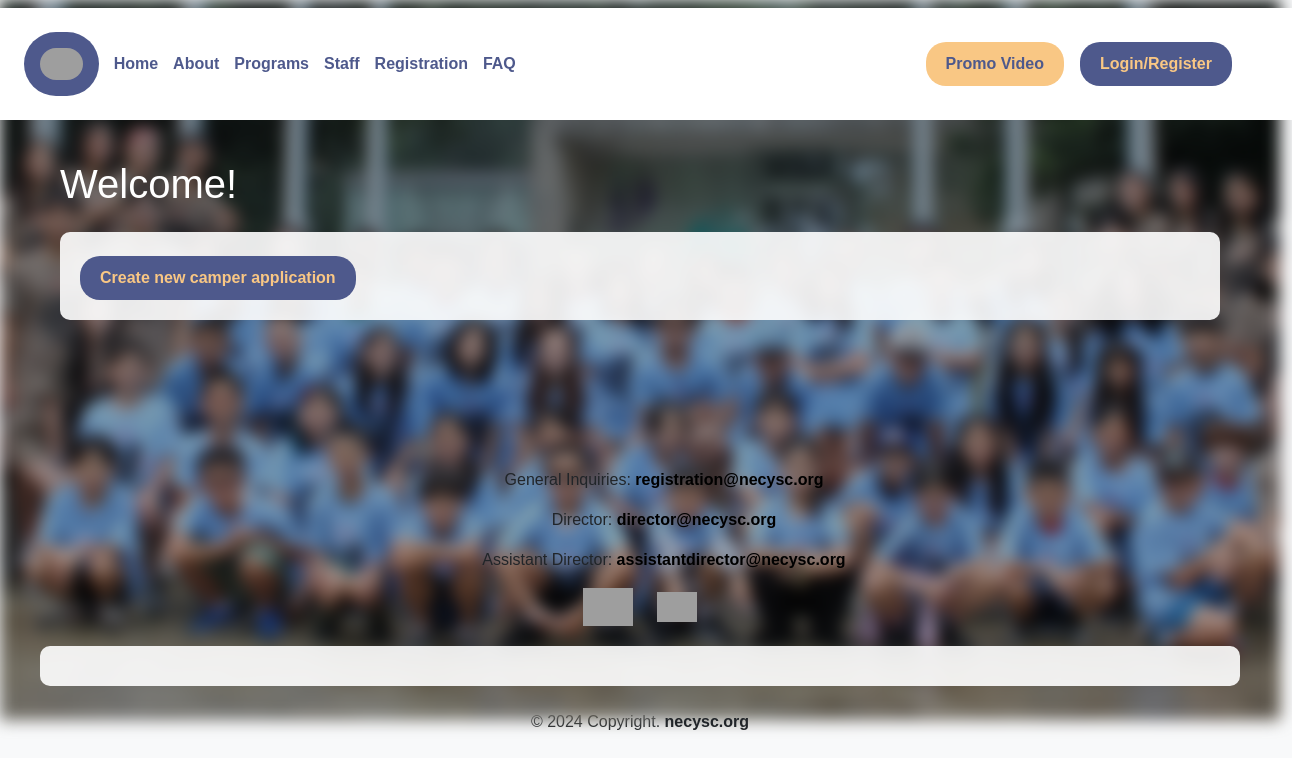
Repository: fullstackatbrown/project-necysc
Page: necysc_app/templates/necysc_app/applicant/index.html
The author's editor kept a copy of each file at every save. The page is drawn from the files as they stood at one save, then again after a run of saves.
The browser window is 1280 px wide. The page is 1292 px wide, so the pictures cover 1292 px, including what lies to the right of the window. The pictures show the whole page.
Pictures or frames that could not be fetched are drawn as grey boxes. Some web fonts or font styles are not loaded; a fallback is used. The template is drawn by Django 5.2. The application's start-up code is not run. Other server files are loaded and not shown. The template is opened directly, without the code that normally fills it, so the values that code supplies are empty.

Above is the page before, as saved 2024-12-04 01:41:05.

### necysc_app/templates/necysc_app/applicant/index.html
{% extends "necysc_app/base.html" %}
{% load static %}
{% block title %} Applicant Portal {% endblock %}
{% block content %}
<link rel="stylesheet" href="{% static 'necysc_app/applicant_home.css' %}">

<style>
    body {
        background-color: #f8f9fa;
        margin: 0;
        padding: 0;
        height: 100%;
        width: 100%;
        overflow: hidden;
    }

    .background {
        position: fixed;
        top: 0;
        left: 0;
        width: 100%;
        height: 100%;
        z-index: -1;
        background-image: url("{% static 'necysc_app/images/necyscbannerimage.jpg' %}");
        background-size: cover;
        background-position: center;
        filter: blur(8px);
    }

    .container {
        position: relative;
        z-index: 1;
        background-color: rgba(255, 255, 255, 0.9);
        padding: 20px;
        border-radius: 10px;
        max-width: 1200px;
        margin: auto;
        margin-top: 20px;
    }

    h1, p, a, button {
        position: relative;
        z-index: 2;
    }

    .glow {
        transition: box-shadow 0.3s ease-in-out;
    }

    .glow:hover {
        box-shadow: 0 0 20px 2px rgba(0, 0, 0, 0.15);
    }
    </style>
    <div class="background"></div>

    <h1 class="welcome-title">Welcome!</h1>
{% if applications %}
    <div class="container mb-4">
        {% for application in applications %}
        <div class="card col-4 glow">
            <a href="{% url 'necysc_app:application_detail' application.id %}" class="application-card-link">
                <div class="card-body">
                    <h5 class="card-title"><span>{{ application.applicant_fname }}
                        {{ application.applicant_lname }}</span>
                        {% if application.app_status == 'A' %}
                        <span class="badge bg-success float-end">Accepted </span>
                        {% elif application.app_status == 'P' %}
                        <span class="badge bg-secondary float-end">Pending</span>
                        {% else %}
                        <span class="badge bg-danger float-end">Rejected</span>
                        {% endif %}

                    </h5>
                    <!-- horizontal line-->
                    <hr>
                    <p class="card-text fw-light">Year: {{application.app_year}}</p>
                    <p class="card-text m-0 fw-light">Health Status: {{application.health_record_status}}</p>
                </div>

            </a>
        </div>
        {% endfor %}
    </div>
{% endif %}

<div class="container mt-4 pt-4">
<a class="btn-purple"
        href="{% url 'necysc_app:new_application' %}">Create new camper application</a>
</div>

<style>
.glow {
    transition: box-shadow 0.3s ease-in-out;
    }

.glow:hover {
box-shadow: 0 0 20px 2px rgba(0, 0, 0, 0.15); /* Adjust the glow effect */
}
</style>
{% endblock %}

### necysc_app/templates/necysc_app/base.html
<!DOCTYPE html>
<html lang="en">
	<!-- Header -->
	{% load static %} {% include 'necysc_app/header.html' %}

	<head>
		<!-- Required meta tags -->
		<meta charset="utf-8" />
		<meta name="viewport" content="width=device-width, initial-scale=1" />

		<!--Bootstrap CSS-->
		<link
			href="https://cdn.jsdelivr.net/npm/bootstrap@5.0.2/dist/css/bootstrap.min.css"
			rel="stylesheet"
			integrity="sha384-EVSTQN3/azprG1Anm3QDgpJLIm9Nao0Yz1ztcQTwFspd3yD65VohhpuuCOmLASjC"
			crossorigin="anonymous"
		/>

		<title>{% block title %} {% endblock %}</title>
		<link rel="preconnect" href="https://fonts.googleapis.com" />
		<link rel="preconnect" href="https://fonts.gstatic.com" crossorigin />
		<link
			href="https://fonts.googleapis.com/css2?family=Roboto+Mono:ital,wght@0,100..700;1,100..700&display=swap"
			rel="stylesheet"
		/>

		<!--global Hind font-->
		<link
			href="https://fonts.googleapis.com/css2?family=Hind:wght@400;500;600&display=swap"
			rel="stylesheet"
		/>
		<style>
			body {
				font-family: "Hind", sans-serif;
			}
		</style>

	</head>

	<body>
		<!-- Navbar -->
		{% include 'necysc_app/navbar.html' %}

		<!-- Content -->
		<div class="container">{% block content %} {% endblock %}</div>

		<!-- Footer -->
		{% include 'necysc_app/footer.html' %}

		<!--Bootstrap JavaScript Plugins-->
		<script
			src="https://cdn.jsdelivr.net/npm/bootstrap@5.0.2/dist/js/bootstrap.bundle.min.js"
			integrity="sha384-MrcW6ZMFYlzcLA8Nl+NtUVF0sA7MsXsP1UyJoMp4YLEuNSfAP+JcXn/tWtIaxVXM"
			crossorigin="anonymous"
		></script>
	</body>
</html>

### necysc_app/templates/necysc_app/header.html
<!-- Header -->
<head>
    <meta charset="UTF-8" />
    <!-- Bootstrap Imports -->
    <link
      href="https://cdn.jsdelivr.net/npm/bootstrap@5.0.2/dist/css/bootstrap.min.css"
      rel="stylesheet"
      integrity="sha384-EVSTQN3/azprG1Anm3QDgpJLIm9Nao0Yz1ztcQTwFspd3yD65VohhpuuCOmLASjC"
      crossorigin="anonymous"
    />
    <link
      href="https://cdn.jsdelivr.net/npm/bootstrap-icons@1.8.1/font/bootstrap-icons.css"
      rel="stylesheet"
    />
    <script
    src="https://cdn.jsdelivr.net/npm/bootstrap@5.0.2/dist/js/bootstrap.bundle.min.js"
    integrity="sha384-MrcW6ZMFYlzcLA8Nl+NtUVF0sA7MsXsP1UyJoMp4YLEuNSfAP+JcXn/tWtIaxVXM"
    crossorigin="anonymous"
    ></script>
    <meta name="viewport" content="width=device-width, initial-scale=1" />
    {% load static %}
    <link href="{% static 'necysc_app/style.css' %}" rel="stylesheet" />
    <link rel="icon" href="{%  static 'necysc_app/images/favicon.ico' %}">
</head>

### necysc_app/templates/necysc_app/navbar.html
<!DOCTYPE html>
<html>
<head>
    <title>Your Page Title</title>
    <style>
        a {
            font-weight: bold;
            text-decoration: none;
        }

        .dropdown {
            position: relative;
            display: inline-block;
        }

        .dropdown-content {
            display: none;
            position: absolute;
            background-color: #f9f9f9;
            min-width: 160px;
            box-shadow: 0px 8px 16px 0px rgba(0, 0, 0, 0.2);
            z-index: 10;
            top: 100%;
        }

        .dropdown-content a {
            color: #4e598c;
            padding: 12px 16px;
            text-decoration: none;
            display: block;
            transition: color 0.3s ease, background-color 0.3s ease;
        }

        .dropdown-content a:hover {
            background-color: #4e598c;
            color: #F9C784;
        }

        .dropdown:hover .dropdown-content {
            display: block;
        }

        .navbar-link {
            color: #4e598c;
            transition: color 0.3s ease;
        }

        .navbar-link:hover {
            color: #F9C784;
            background: #4e598c;
            transition: color 0.3s ease;
            padding: 10px 20px;
            border-radius: 9px;
        }

        .active {
            color: #F9C784;
            background: #4e598c;
            padding: 10px 20px;
            text-decoration: none;
            border-radius: 9px;
        }


        .btn-login {
            background-color: #4e598c;
            color: #F9C784;
            transition: all 0.3s ease;
            padding: 10px 20px;
            border-radius: 20px;
            display: inline-block;
            text-align: center;
        }

        .btn-login:hover {
            background-color: #F9C784;
            color: #FFFFFF;
        }

        .btn-padding {
            padding: 10px 20px;
            border-radius: 20px;
            display: inline-block;
            text-align: center;
            background: #F9C784;
            color: #4e598c;
            transition: all 0.3s ease;
        }

        .btn-padding:hover {
            background-color: #4e598c;
            color: #ffffff;
        }


        .col-auto {
            display: flex;
            align-items: center;
        }

        img {
            height: 4rem;
            max-width: 100%;
        }

        #logobutton {
            background-color: #4e598c;
            transition: all 0.3s ease;
        }

        #logobutton:hover {
            background-color: #F9C784;
            color: #FFFFFF;
        }
    </style>
</head>
<body>

<!-- navbar sticky -->
{% load static %}
<div class="row mt-2 pt-4 pb-4 mb-3 d-flex ps-4 pe-5 align-items-center gap-3 sticky-top bg-bi-white bg-white row">

    <input type="checkbox" id="menu-toggle" class="menu-toggle">
    <label for="menu-toggle" class="hamburger">
        &#9776;
    </label>

    <div class="nav-links">

        <div class="col-auto">
            <a href="{% url 'necysc_app:index' %}" id="logo-link">
                <img src="https://www.necysc.org/v2/images/logo2.png" alt="Your Image Description" id="logobutton" class="rounded-pill p-3"/>
            </a>
        </div>

        <div class="dropdown col-auto">
            {% if request.user.is_authenticated %}
            <a href="{% url 'necysc_app:home' %}" class="navbar-link {% if request.path == '/' %}active{% endif %}">Applicant Home</a>
            {% else %}
            <a href="{% url 'necysc_app:index' %}" class="navbar-link {% if request.path == '/' %}active{% endif %}">Home</a>
            {% endif %}
        </div>

        {% if not request.user.is_authenticated %}
        <div class="dropdown col-auto">
            <a href="{% url 'necysc_app:about' %}" class="navbar-link {% if request.path == '/about/' %}active{% endif %}">About</a>
            <div class="dropdown-content">
                <a href="{% url 'necysc_app:about' %}#sponsors">Sponsors</a>
                <a href="{% url 'necysc_app:about' %}#contact">Contact Us</a>
            </div>
        </div>

        <div class="dropdown col-auto">
            <a href="{% url 'necysc_app:programs' %}" class="navbar-link {% if request.path == '/programs/' %}active{% endif %}">Programs</a>
            <div class="dropdown-content">
                <a href="{% url 'necysc_app:programs' %}#day">Day Camp</a>
                <a href="{% url 'necysc_app:programs' %}#on">Overnight Camp</a>
                <a href="{% url 'necysc_app:programs' %}#ea">ExplorAsian</a>
            </div>
        </div>

        <div class="dropdown col-auto">
            <a href="{% url 'necysc_app:staff' %}" class="navbar-link {% if request.path == '/staff/' %}active{% endif %}">Staff</a>
            <div class="dropdown-content">
                <a href="{% url 'necysc_app:staff' %}#cit">CIT</a>
                <a href="{% url 'necysc_app:staff' %}#counselor">Counselor</a>
                <a href="{% url 'necysc_app:staff' %}#ra">RA</a>
                <a href="{% url 'necysc_app:staff' %}#ops">OPs</a>
                <a href="{% url 'necysc_app:staff' %}#committee">Committee</a>
            </div>
        </div>

        <div class="dropdown col-auto">
            <a href="{% url 'necysc_app:registration' %}" class="navbar-link {% if request.path == '/registration/' %}active{% endif %}">Registration</a>
            <div class="dropdown-content">
                <a href="{% url 'necysc_app:registration' %}#importantdates">2025 Important Dates</a>
                <a href="{% url 'necysc_app:registration' %}#financialaid">Financial Aid</a>
            </div>
        </div>

        <div class="dropdown col-auto">
            <a href="{% url 'necysc_app:faq' %}" class="navbar-link {% if request.path == '/faq/' %}active{% endif %}">FAQ</a>
            <div class="dropdown-content">
                <a href="{% url 'necysc_app:faq' %}#faqregistration">Registration</a>
                <a href="{% url 'necysc_app:faq' %}#faqleavingcamp">Leaves and Visits</a>
                <a href="{% url 'necysc_app:faq' %}#faqhealth">Health and Safety</a>
                <a href="{% url 'necysc_app:faq' %}#camp">Camp Activities</a>
            </div>
        </div>
        {% endif %}

        <div class="col-auto ms-auto">
            <a href="https://youtu.be/PPZ1zu8fGl0?si=h436QWcB9vHQeV_G" target="_blank" class="btn-padding me-3">Promo Video</a>
            {% if request.user.is_authenticated %}
            <a href="{% url 'necysc_app:logout' %}" class="btn-login">Logout</a>
            {% else %}
            <a href="{% url 'necysc_app:login' %}" class="btn-login">Login/Register</a>
            {% endif %}
        </div>
    </div>
</div>

</body>
</html>

### necysc_app/templates/necysc_app/footer.html
<!-- Footer -->
<footer class="pt-4" id="contact">
  <div class="ms-5 me-5 mb-5 bg-dark" style="height: 2px;"></div>

  <h2 class="ps-5 mb-3 mt-5 text-center" style="color: #4e598c;">Connect With Us!</h2>
  <p class="ps-5 text-center"> General Inquiries:
    <a href="mailto:registration@necysc.org" style="color: black">registration@necysc.org</a>
  </p>
  <p class="ps-5 text-center"> Director:
    <a href="mailto:registration@necysc.org" style="color: black">director@necysc.org</a>
  </p>
  <p class="ps-5 text-center"> Assistant Director:
    <a href="mailto:registration@necysc.org" style="color: black">assistantdirector@necysc.org</a>
  </p>

  <div class="row text-center align-items-center justify-content-center">
    <div class="col-auto">
        <a href="https://www.instagram.com/NECYSC/" style="display: inline-block;" target="_blank">
            <img src="https://cdn.freebiesupply.com/images/large/2x/instagram-icon-white-on-black.png" alt="Instagram Logo" style="width: 50px; height: auto;">
        </a>
    </div>
    <div class="col-auto">
      <a href="https://www.facebook.com/NECYSC" style="display: inline-block;" target="_blank">
          <img src="https://www.freepnglogos.com/uploads/logo-facebook-png/logo-facebook-facebook-logo-png-transparent-svg-vector-bie-supply-18.png" alt="Facebook Logo" style="width: 40px; height: auto;">
      </a>
    </div>
  </div>


  <!-- Copyright -->
  <div class="container"></div>
  <div class="text-center p-4">
    © 2024 Copyright.
    <a class="text-reset" href="https://necysc.org/">necysc.org</a>
  </div>

</footer>
<!-- Footer -->

### necysc_app/static/necysc_app/style.css
.hero-section {
  position: relative;
  background-size: cover;
  background-position: center;
  background-repeat: no-repeat;
  color: white;
  height: 60vh;
  display: flex;
  align-items: center;
  justify-content: center;
  overflow: hidden;
}

.hero-section .overlay {
  position: absolute;
  top: 0;
  left: 0;
  width: 100%;
  height: 100%;
  background-color: rgba(0, 0, 0, 0.5);
  z-index: 1;
}

.hero-section .position-relative {
  z-index: 2;
}

.btn-purple {
  background-color: #4e598c;
  color: #f9c784;
  transition: all 0.3s ease;
  padding: 10px 20px;
  border-radius: 20px;
  display: inline-block;
  text-align: center;
  text-decoration: none;
  outline: none;
  border: none;
}

.btn-purple:hover {
  background-color: #f9c784;
  color: #ffffff;
}


.accordion-item .accordion-button:not(.collapsed) {
  background-color: #4e598c; /* Darker purple when open */
  color: #ffffff; /* White text for contrast */
}


.menu-toggle {
  display: none;
}

.hamburger {
  display: none;
  font-size: 24px;
  cursor: pointer;
  color: #4e598c;
}


.nav-links {
  display: flex;
  gap: 15px;
}


@media (max-width: 768px) {
  .nav-links {
      display: none;
      flex-direction: column;
      background-color: white;
      position: absolute;
      top: 60px;
      right: 0;
      width: 100%;
      padding: 10px;
      z-index: 1000;
  }

  .menu-toggle:checked + .hamburger + .nav-links {
      display: flex;
  }

  .hamburger {
      display: block;
  }
}

.optional {
  color: gray;
  font-style: italic;
}

.white-link {
  color: #ffffff;
  text-decoration: none;
  transition: color 0.3s ease;
}

.white-link:hover {
  color: #cccccc;
}

.welcome-title {
  color: white;
}

### necysc_app/static/necysc_app/applicant_home.css
.application-card-link {
  text-decoration: none; /* Remove underline */
  color: inherit; /* Inherit text color */
}

.application-card-link:hover {
  text-decoration: none; /* Remove underline */
  color: inherit; /* Inherit text color */
}

.application-card {
  display: flex;
  flex-direction: column;
  border: 1px solid #ccc;
  border-radius: 8px;
  padding: 15px;
  width: 300px;
  height: 180px;
  box-shadow: 0 2px 5px rgba(0, 0, 0, 0.1);
  background-color: #fff;
  position: relative;
  transition: transform 0.2s;
}

.application-card:hover {
  transform: scale(1.02);
  box-shadow: inset;
}

.application-card h2 {
  font-size: 1.5em;
  margin: 0 0 10px 0;
}

.application-card h3 {
  font-size: 1.2em;
  color: #555;
}

.application-card p {
  margin: 5px 0;
}


.status {
  border-radius: 5px;
  color: #fff;
  font-weight: bold;
  z-index: 1;
}

.status.a {
  background-color: rgba(0, 128, 0, 0.2);
  color: green;
}

.status.d {
  background-color: rgba(255, 0, 0, 0.2);
  color: red;
}

.status.p {
  background-color: rgba(255, 165, 0, 0.2);
  color: orange;
}

.status.i {
  background-color: rgba(0, 0, 255, 0.2);
  color: blue;
}

.glow {
  transition: box-shadow 0.3s ease-in-out;
}

.glow:hover {
  box-shadow: 0 0 20px 2px rgba(0, 0, 0, 0.15); /* Adjust the glow effect */
}

.btn-logout {
    display: inline-block;
    padding: 8px 15px;
    background-color: #ff4444;
    color: #fff;
    text-decoration: none;
    border-radius: 5px;
    font-weight: bold;
    transition: background-color 0.3s ease;
    cursor: pointer;
    margin: 10px 0;
}

.btn-logout:hover {
    background-color: #cc0000;
}

After the next 3 saves:
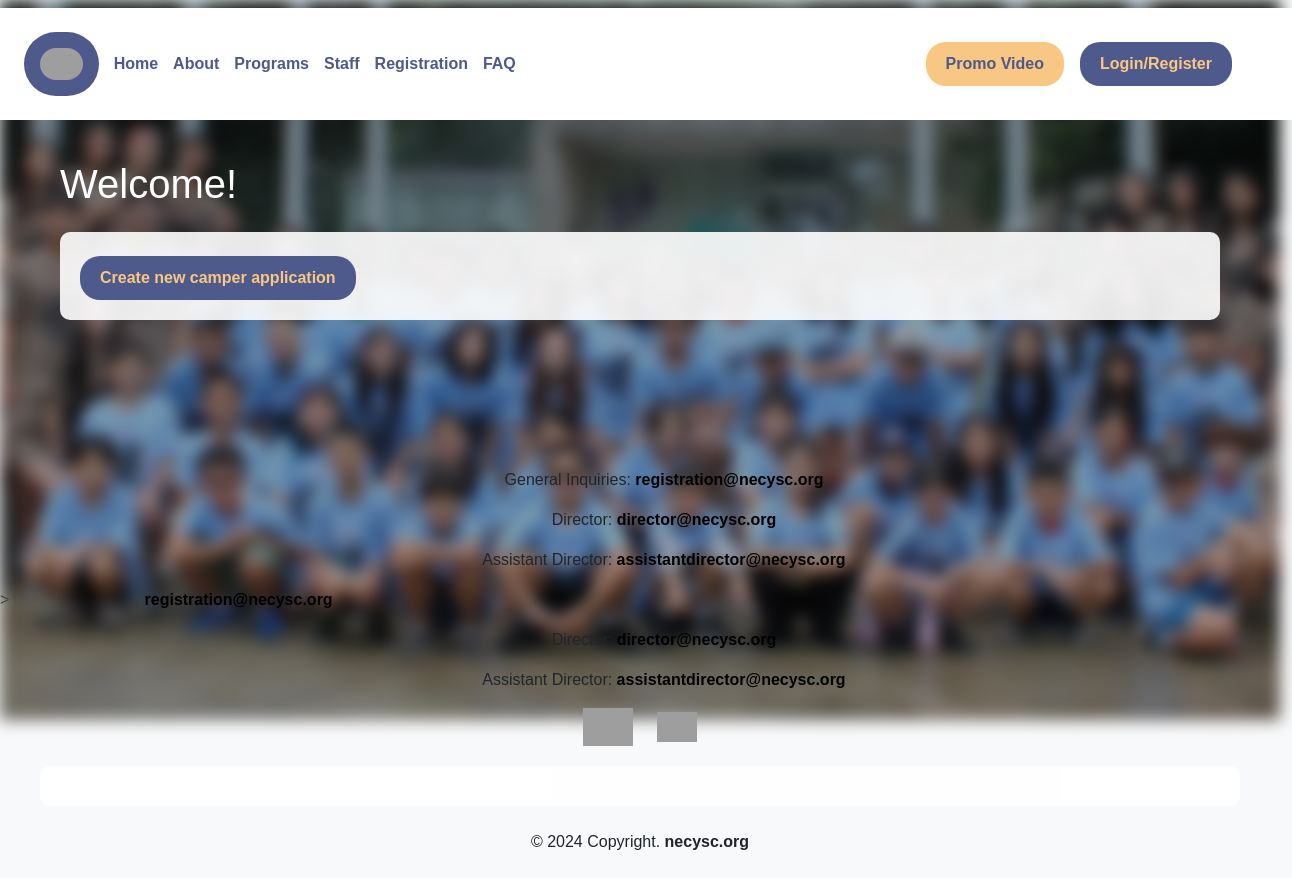
The 3 saves are shown as one change because they came seconds apart.
The last was saved 10 s later.
--- a/necysc_app/templates/necysc_app/footer.html
+++ b/necysc_app/templates/necysc_app/footer.html
@@ -3,7 +3,15 @@
   <div class="ms-5 me-5 mb-5 bg-dark" style="height: 2px;"></div>
 
   <h2 class="ps-5 mb-3 mt-5 text-center" style="color: #4e598c;">Connect With Us!</h2>
-  <p class="ps-5 text-center"> General Inquiries:
+  <p <p class="ps-5 text-center"> General Inquiries:
+    <a href="mailto:registration@necysc.org" style="color: black">registration@necysc.org</a>
+  </p>
+  <p class="ps-5 text-center"> Director:
+    <a href="mailto:registration@necysc.org" style="color: black">director@necysc.org</a>
+  </p>
+  <p class="ps-5 text-center"> Assistant Director:
+    <a href="mailto:registration@necysc.org" style="color: black">assistantdirector@necysc.org</a>
+  </p>> General Inquiries:
     <a href="mailto:registration@necysc.org" style="color: black">registration@necysc.org</a>
   </p>
   <p class="ps-5 text-center"> Director:

After the 3 saves that followed:
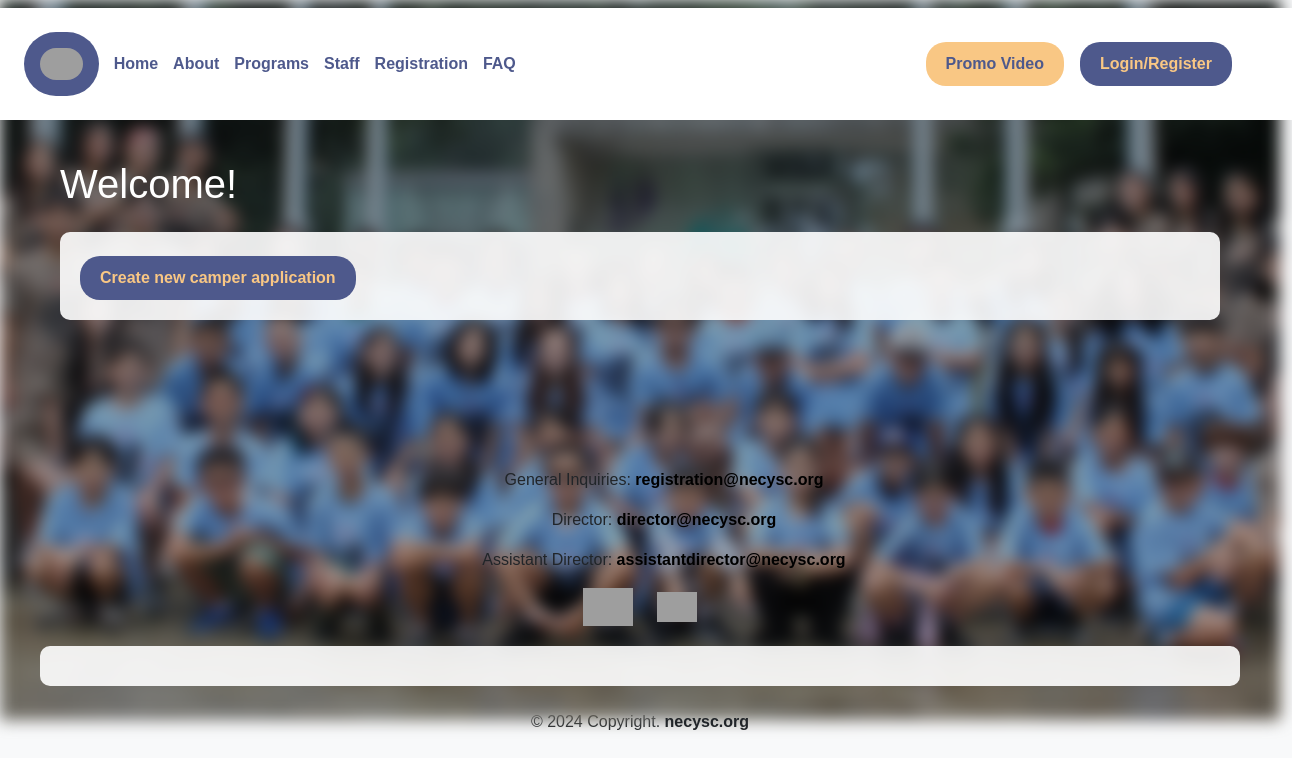
The 3 saves are shown as one change because they came seconds apart.
The last was saved 7 s later.
--- a/necysc_app/templates/necysc_app/footer.html
+++ b/necysc_app/templates/necysc_app/footer.html
@@ -3,15 +3,7 @@
   <div class="ms-5 me-5 mb-5 bg-dark" style="height: 2px;"></div>
 
   <h2 class="ps-5 mb-3 mt-5 text-center" style="color: #4e598c;">Connect With Us!</h2>
-  <p <p class="ps-5 text-center"> General Inquiries:
-    <a href="mailto:registration@necysc.org" style="color: black">registration@necysc.org</a>
-  </p>
-  <p class="ps-5 text-center"> Director:
-    <a href="mailto:registration@necysc.org" style="color: black">director@necysc.org</a>
-  </p>
-  <p class="ps-5 text-center"> Assistant Director:
-    <a href="mailto:registration@necysc.org" style="color: black">assistantdirector@necysc.org</a>
-  </p>> General Inquiries:
+  <p class="ps-5 text-center"> General Inquiries:
     <a href="mailto:registration@necysc.org" style="color: black">registration@necysc.org</a>
   </p>
   <p class="ps-5 text-center"> Director:
